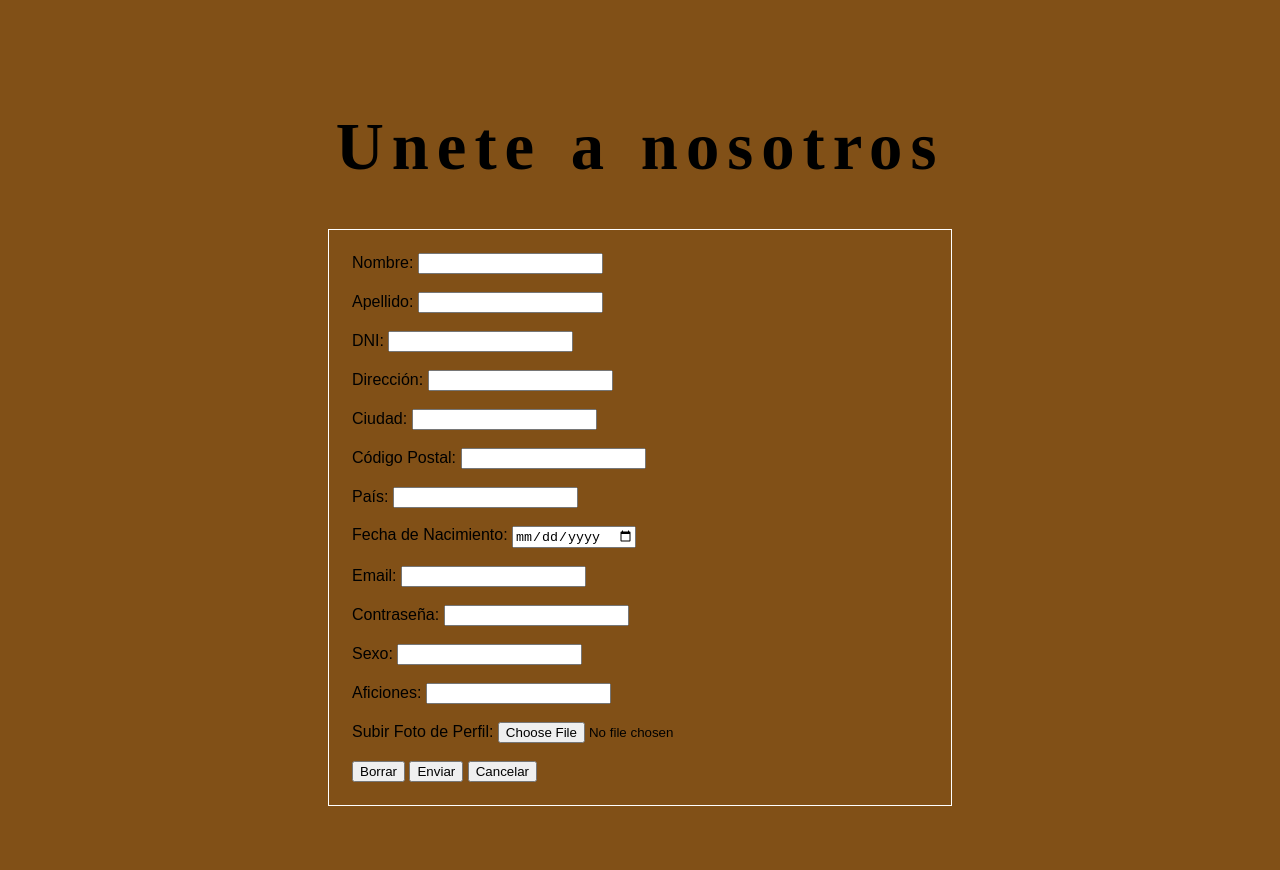
Repository: demoniers/demonIers.github.io
Page: web-lenguajes/src/singin.html
An editor plug-in stored every save of this project. The page is shown before and after the next save, followed by the edit.
The browser window is 1280 px wide. The pictures show the whole page.
Some web fonts or font styles are not loaded; a fallback is used.

Above is the page before, as saved 2025-01-24 11:53:42.

### web-lenguajes/src/singin.html
<!DOCTYPE html>
<html lang="es">
<head>
    <meta charset="UTF-8">
    <meta name="viewport" content="width=device-width, initial-scale=1.0">
    <title>Formulario de Registro</title>
    <link rel="stylesheet" href="../style/style.css">
</head>
<body>
    <div class="form">
        <h1 class="titulo-centrado">Unete a nosotros</h1>
        <div class="formulario">
            <form action="../index.html" method="post">
                <label for="nombre">Nombre:</label>
                <input type="text" id="nombre" name="nombre" required><br><br>

                <label for="apellido">Apellido:</label>
                <input type="text" id="apellido" name="apellido" required><br><br>

                <label for="dni">DNI:</label>
                <input type="text" id="dni" name="dni" pattern="[0-9]{8}[A-Z]{1}" required><br><br>

                <label for="direccion">Dirección:</label>
                <input type="text" id="direccion" name="direccion" pattern="C/ .+ nº [0-9]+" required><br><br>

                <label for="ciudad">Ciudad:</label>
                <input type="text" id="ciudad" name="ciudad" required><br><br>

                <label for="cod_postal">Código Postal:</label>
                <input type="text" id="cod_postal" name="cod_postal" list="cod_postal_list" maxlength="5" required>
                <datalist id="cod_postal_list">
                    <option value="28001">
                    <option value="08002">
                    <option value="41003">
                    <option value="50004">
                    <option value="35005">
                </datalist><br><br>

                <label for="pais">País:</label>
                <input type="text" id="pais" name="pais" required><br><br>

                <label for="f_nacimiento">Fecha de Nacimiento:</label>
                <input type="date" id="f_nacimiento" name="f_nacimiento" required><br><br>

                <label for="email">Email:</label>
                <input type="email" id="email" name="email" pattern=".+@[a-z]+\.es" required><br><br>

                <label for="contrasena">Contraseña:</label>
                <input type="password" id="contrasena" name="contrasena" pattern="_[a-z]{7}_[a-z0-9]{5}&[0-9]{2}        " required><br><br>

                <label for="sexo">Sexo:</label>
                <input type="text" id="sexo" name="sexo" required><br><br>

                <label for="aficiones">Aficiones:</label>
                <input type="text" id="aficiones" name="aficiones" list="aficiones_list" required>
                <datalist id="aficiones_list">
                    <option value="Lectura">
                    <option value="Deportes">
                    <option value="Música">
                    <option value="Viajar">
                </datalist><br><br>

                <label for="foto">Subir Foto de Perfil:</label>
                <input type="file" id="foto" name="foto" accept="image/*" required><br><br>

                <button type="reset">Borrar</button>
                <button type="submit">Enviar</button>
                <button type="button" onclick="window.location.href='../index.html'">Cancelar</button>
            </form>
        </div>
    </div>
</body>
</html>

### web-lenguajes/style/style.css
body {
    margin: 0;
    font-family: Arial, sans-serif;
    display: flex;
    flex-direction: column;
    align-items: center;
    background-color: #815017;
}

@font-face {
    font-family: "Overcooked";
    src: url("https://db.onlinewebfonts.com/t/4d9ee5a678d899047a987f0408b4b052.eot");
    src: url("https://db.onlinewebfonts.com/t/4d9ee5a678d899047a987f0408b4b052.eot?#iefix")format("embedded-opentype"),
    url("https://db.onlinewebfonts.com/t/4d9ee5a678d899047a987f0408b4b052.woff2")format("woff2"),
    url("https://db.onlinewebfonts.com/t/4d9ee5a678d899047a987f0408b4b052.woff")format("woff"),
    url("https://db.onlinewebfonts.com/t/4d9ee5a678d899047a987f0408b4b052.ttf")format("truetype"),
    url("https://db.onlinewebfonts.com/t/4d9ee5a678d899047a987f0408b4b052.svg#Overcooked")format("svg");
}
.titulo-centrado {
    font-family: "Overcooked";
    text-align: center;
    word-spacing: 4px;
    letter-spacing: 8px;
    font-size: 50pt;
}
/* menu superior */
.header {
    position: fixed;
    top: 0;
    width: 100%;
    background-color: #57330b;
    color: #d39f64;
    text-align: center;
    padding: 10px 0;
    z-index: 1000;
}

.header nav a {
    margin: 0 15px;
    text-decoration: none;
    font-size: 18px;
}

.header nav ul li {
    display: inline-block;
    position: relative;
}

.logo-r {
    float: left;
    width: 3%;
    margin-left: 2%;
}

nav ul li a {
    display: block;
    padding: 8px 16px;
    text-decoration: none;
    color: #d39f64;
}

nav ul li ul {
    display: none;
    position: absolute;
    top: 100%;
    left: 0;
    box-shadow: 0px 4px 8px rgba(0, 0, 0, 0.3);
}

nav ul li:hover ul {
    display: block;
}
.subitemul {
    text-align: center;
    background-color:#6b43159c;
}
.subitemul:hover {
    background-color: #d39f646c;
    color: #6b4315;
}

/*###############################################################################*/

.container {
    display: grid;
    justify-content: space-between;
    width: 72%;
    margin-bottom: 70px;
}

/* ### CENTRO PAGINA PRINCIPAL ###*/
.content {
    background-image: url("../img/fondo.png");
    background-size: cover;
    background-repeat: no-repeat;
    flex-grow: 1;
    padding: 0;
    display: flex;
}

/* caja central y animacion */
.bienvenida {
    display: flex;
    align-items: center;
    width: 100%;
    padding: 25%;
    margin: 0;
    text-align: center;
    animation-name: agrandar-texto;
    animation-duration: 3s;
    animation-fill-mode: forwards;
}

@keyframes agrandar-texto {
    0% {
        background-color: #00000000;
        color: #d39f6400;
    }

    100% {
        background-color: rgba(0, 0, 0, 0.400);
        color: #d39f64;
    }
}

/* #################################################### */
.bienvenida button {
    background-color: #000000;
    color: #d39f64;
    width: 25%;
    padding: 2%;
    text-align: center;
}

.bienvenida a {
    text-decoration: none;
}

/* Barras laterales*/
.sidebar {
    width: 10%;
    padding: 2%;
    background-color: #815017;
    height: 1000px;
}

.cuerpo {
    color: #d39f64;
}

.caja-publi {
    border: #d39f6486 double 3px;
    margin-top: 35%;
    width: fit-content;
}

.caja-publi img {
    margin-top: 5%;
    width: 95%;
    height: 300px;
}

.derecha {
    position: fixed;
    right: 0%;
}

.izquierda {
    position: fixed;
    left: 0%;
}

.footer {
    background-color: #57330b;
    color: #d39f64;
    text-align: center;
    height: 50px;
    padding: 10px;
    position: fixed;
    bottom: 0;
    width: 100%;
}


/* HORARIO */
table {
    animation: ampli-table forwards 5s;
}
@keyframes ampli-table {
    0% {
        width: 0%;
        margin-right: 0%;
    }
    25% {margin-right:25%;}
    50% {margin-right:50%;}
    75% {margin-right:25%;}
    100% {
        width: 50%;
        margin-right: auto;
    }

}
table {
    margin: auto;
    border-collapse: collapse;
    font-size: 18px;
    text-align: left;
}

th, td {
    padding: 12px;
    border: 1px solid #ddd;
}

th {
    background-color: #f2f2f2;
}

.table-header {
    text-align: center;
    font-size: 24px;
    animation: colorhead forwards 5s;
}
@keyframes colorhead {
    0% {
        background-color: #a0662400;
        color: black
    ;}
    100% {
        background-color: #a06624;
        color: white;
    }

}
.form {
    margin: 5%;
    width: 90%;
}
.Formulario {
    margin: 5%;
    width: 75%;
    border: solid #d39f64 1px;
}

/* ####### FORMULARIO ############ */
.formulario {
    border: solid 1px white;
    margin: auto;
    width: 50%;
    padding: 2%;
    display: flex;
}
.formulario form {
    justify-self: center;
}

After the next save:
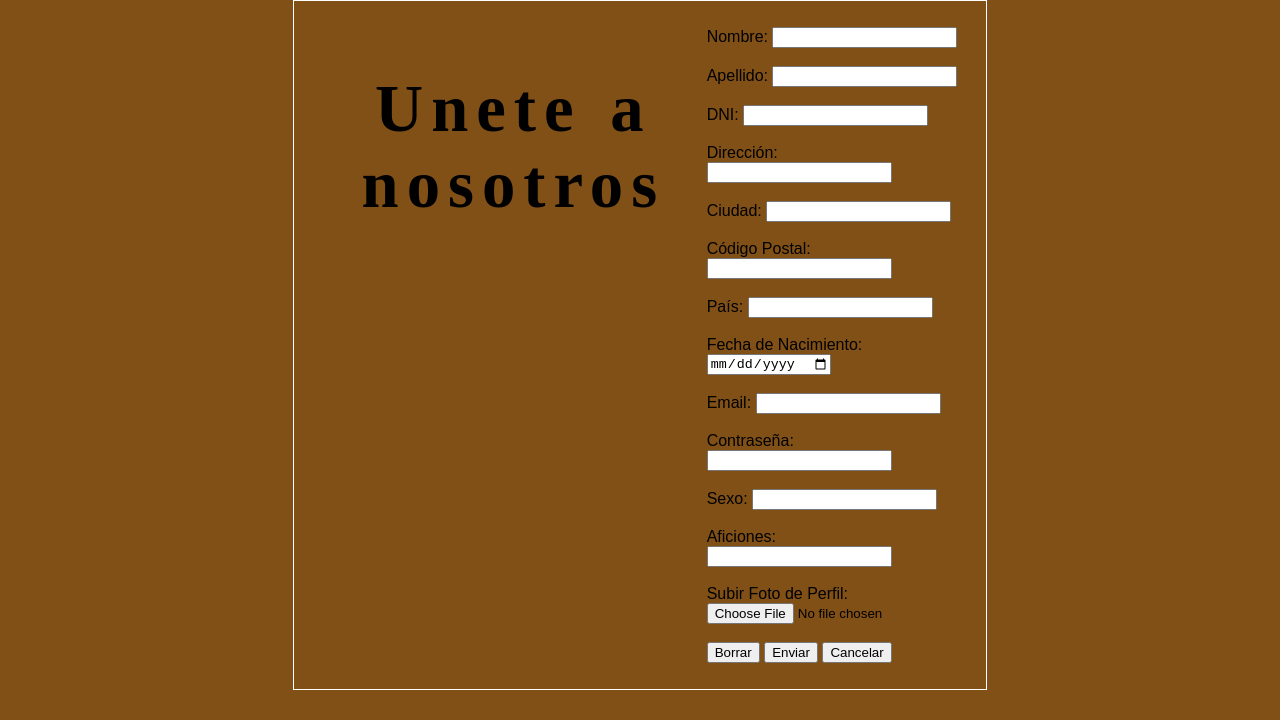
Saved 32 s later.
--- a/web-lenguajes/style/style.css
+++ b/web-lenguajes/style/style.css
@@ -243,7 +243,7 @@ th {
 }
 
 /* ####### FORMULARIO ############ */
-.formulario {
+.form {
     border: solid 1px white;
     margin: auto;
     width: 50%;
